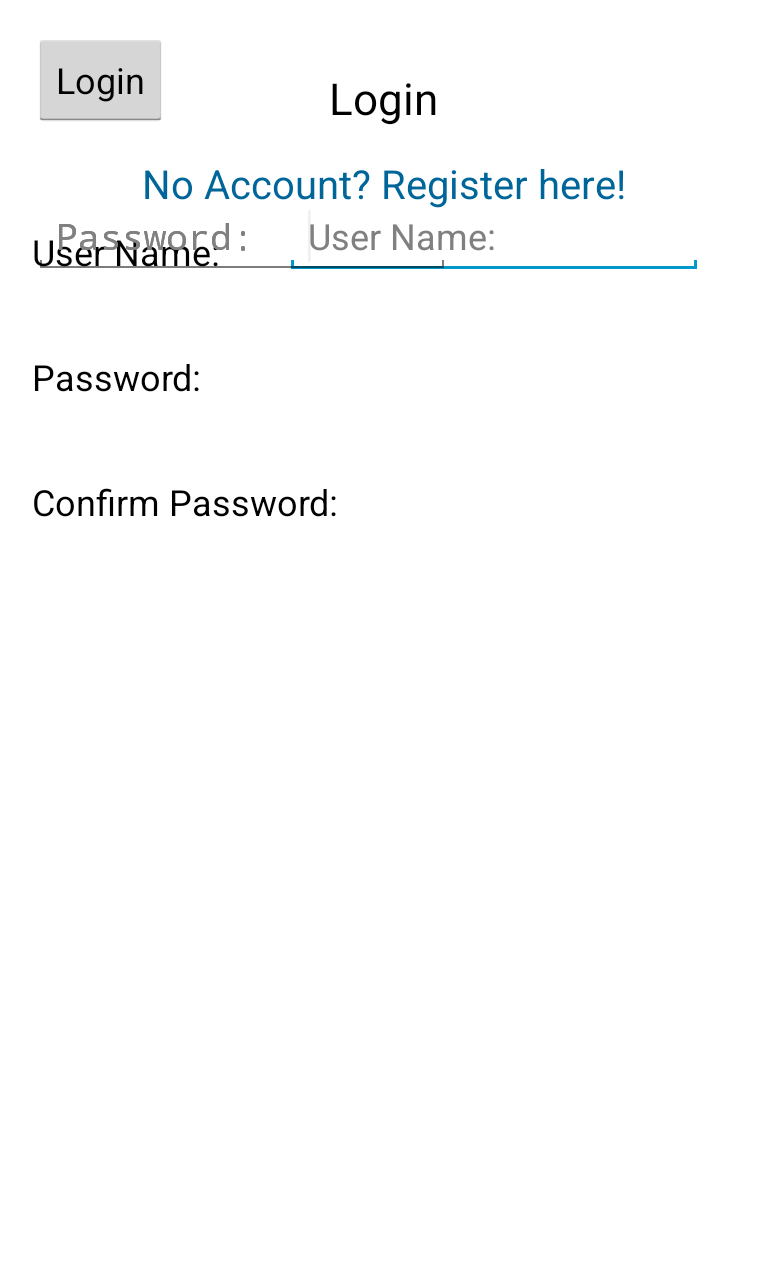
Repository: chrisberry/WebAPIWithAndroidUI
Layout: PeopleAPIAndroid/PeopleAPI/res/layout/register_main.xml
These files come from the project's save history. The layout is drawn as it stood at one moment and after the next save; the edit follows.
It is drawn on a 768 x 1280 px phone screen (xhdpi) without system bars, with theme AppTheme; the app's code is not run.

Above is the layout before, as saved 2014-02-11 18:36:57.

After the next save:
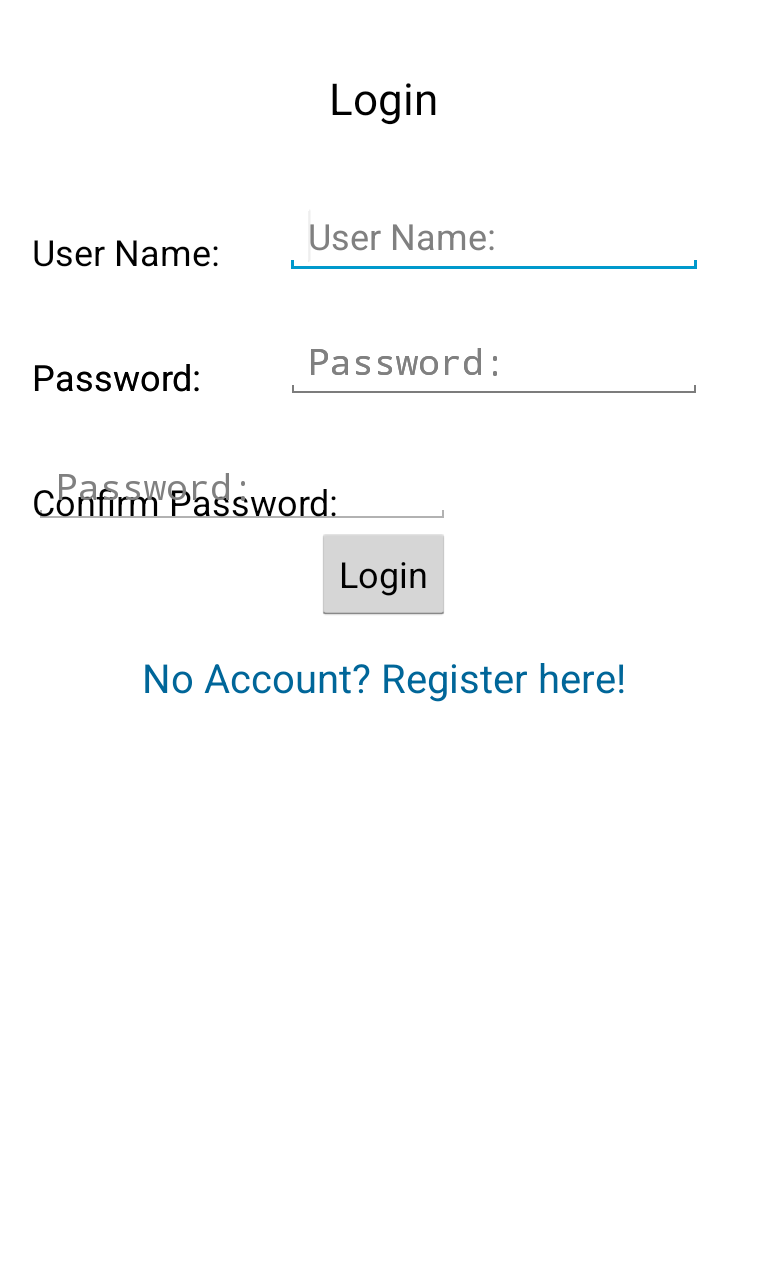
Saved 6 min 7 s later.
--- a/PeopleAPIAndroid/PeopleAPI/res/layout/register_main.xml
+++ b/PeopleAPIAndroid/PeopleAPI/res/layout/register_main.xml
@@ -20,7 +20,7 @@
       android:textAppearance="?android:attr/textAppearanceLarge" />
 
    <TextView
-      android:id="@+id/textUserName"
+      android:id="@+id/textView2"
       android:layout_width="wrap_content"
       android:layout_height="wrap_content"
       android:layout_alignParentLeft="true"
@@ -31,56 +31,78 @@
       android:textAppearance="?android:attr/textAppearanceMedium" />
 
    <EditText
-      android:id="@+id/editUserName"
+      android:id="@+id/editText1"
       android:hint="@string/username"
       android:layout_width="wrap_content"
       android:layout_height="wrap_content"
-      android:layout_alignBottom="@+id/textUserName"
+      android:layout_alignBottom="@+id/textView2"
       android:layout_marginLeft="32dp"
-      android:layout_toRightOf="@+id/textUserName"
+      android:layout_toRightOf="@+id/textView2"
       android:ems="10" >
 
       <requestFocus />
    </EditText>
 
    <TextView
-      android:id="@+id/textPassword"
+      android:id="@+id/textView3"
       android:layout_width="wrap_content"
       android:layout_height="wrap_content"
-      android:layout_alignLeft="@+id/textUserName"
-      android:layout_below="@+id/textUserName"
+      android:layout_alignLeft="@+id/textView2"
+      android:layout_below="@+id/textView2"
       android:layout_marginTop="38dp"
       android:text="@string/password"
       android:textAppearance="?android:attr/textAppearanceMedium" />
 
    <EditText
-      android:id="@+id/editPassword"
+      android:id="@+id/editText2"
        android:hint="@string/password"
       android:layout_width="wrap_content"
       android:layout_height="wrap_content"
-      android:layout_alignBottom="@+id/editUserName"
-      android:layout_alignLeft="@+id/textUserName"
+      android:layout_alignBottom="@+id/textView3"
+      android:layout_alignLeft="@+id/editText1"
       android:ems="10"
       android:inputType="textPassword" />
 
 
      <TextView
-      android:id="@+id/textConfirmPassword"
+      android:id="@+id/textView3"
       android:layout_width="wrap_content"
       android:layout_height="wrap_content"
-      android:layout_alignLeft="@+id/editPassword"
-      android:layout_below="@+id/textPassword"
+      android:layout_alignLeft="@+id/textView2"
+      android:layout_below="@+id/textView2"
+      android:layout_marginTop="38dp"
+      android:text="@string/password"
+      android:textAppearance="?android:attr/textAppearanceMedium" />
+
+   <EditText
+      android:id="@+id/editText2"
+       android:hint="@string/password"
+      android:layout_width="wrap_content"
+      android:layout_height="wrap_content"
+      android:layout_alignBottom="@+id/textView3"
+      android:layout_alignLeft="@+id/editText1"
+      android:ems="10"
+      android:inputType="textPassword" />
+
+
+
+    <TextView
+      android:id="@+id/textConfirm"
+      android:layout_width="wrap_content"
+      android:layout_height="wrap_content"
+      android:layout_alignLeft="@+id/textView3"
+      android:layout_below="@+id/textView3"
       android:layout_marginTop="38dp"
       android:text="@string/confirm_password"
       android:textAppearance="?android:attr/textAppearanceMedium" />
 
    <EditText
-      android:id="@+id/editConfirmPassword"
+      android:id="@+id/editText2"
        android:hint="@string/password"
       android:layout_width="wrap_content"
       android:layout_height="wrap_content"
-      android:layout_alignBottom="@+id/editPassword"
-      android:layout_alignLeft="@+id/editText1"
+      android:layout_alignBottom="@+id/textConfirm"
+      android:layout_alignLeft="@+id/textConfirm"
       android:ems="10"
       android:inputType="textPassword" />
 
